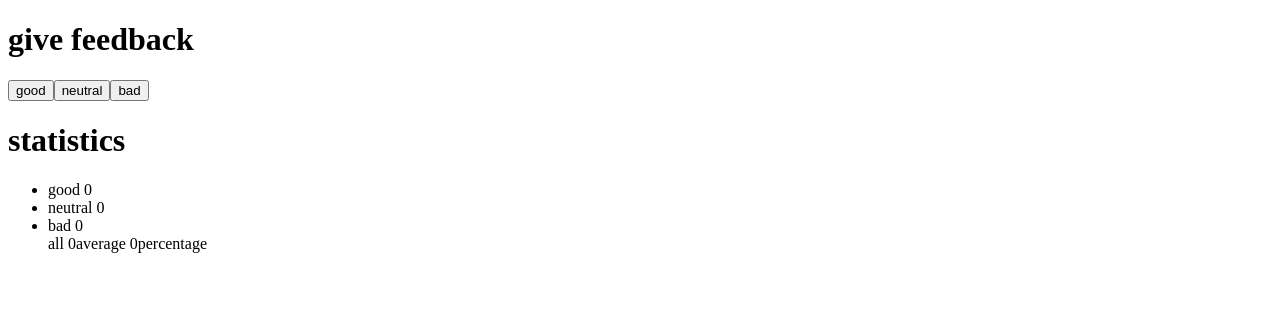
Repository: mariocapitbrok/helsinki-fullstack
Page: / (app in part1/unicafe/)
The author's editor kept a copy of each file at every save. The page is drawn from the files as they stood at one save, then again after the next save.
The browser window is 1280 px wide. The pictures show the whole page.
The project was rebuilt for these pictures with package versions that can differ from the ones it lists, and the page was loaded fresh each time.

Above is the page before, as saved 2022-01-09 07:22:11.

### part1/unicafe/src/App.js
import React, { useState } from 'react'

const Button = ({ onClick, text }) => <button onClick={onClick}>{text}</button>

const List = ({ title, value }) => (
  <li>
    {title} {value}
  </li>
)

const App = () => {
  const [good, setGood] = useState(0)
  const [neutral, setNeutral] = useState(0)
  const [bad, setBad] = useState(0)
  const [total, setTotal] = useState(0)
  const [average, setAverage] = useState(0)

  const handleGood = () => {
    const newGood = good + 1
    const newTotal = newGood + neutral + bad
    const newAverage = newTotal / 3

    setGood(newGood)
    setTotal(newTotal)
    setAverage(newAverage)
  }

  const handleNeutral = () => {
    const newNeutral = neutral + 1
    const newTotal = good + newNeutral + bad
    const newAverage = newTotal / 3

    setNeutral(newNeutral)
    setTotal(newTotal)
    setAverage(newAverage)
  }

  const handleBad = () => {
    const newBad = bad + 1
    const newTotal = good + neutral + newBad
    const newAverage = newTotal / 3

    setBad(newBad)
    setTotal(newTotal)
    setAverage(newAverage)
  }

  return (
    <div>
      <h1>give feedback</h1>
      <Button onClick={handleGood} text="good" />
      <Button onClick={handleNeutral} text="neutral" />
      <Button onClick={handleBad} text="bad" />
      <h1>statistics</h1>
      <ul>
        <List title="good" value={good} />
        <List title="neutral" value={neutral} />
        <List title="bad" value={bad} />
        all {total}
        average {average}
        percentage {}
      </ul>
    </div>
  )
}

export default App

Loaded but not shown: part1/unicafe/public/index.html (common file); part1/unicafe/src/index.js (common file)

After the next save:
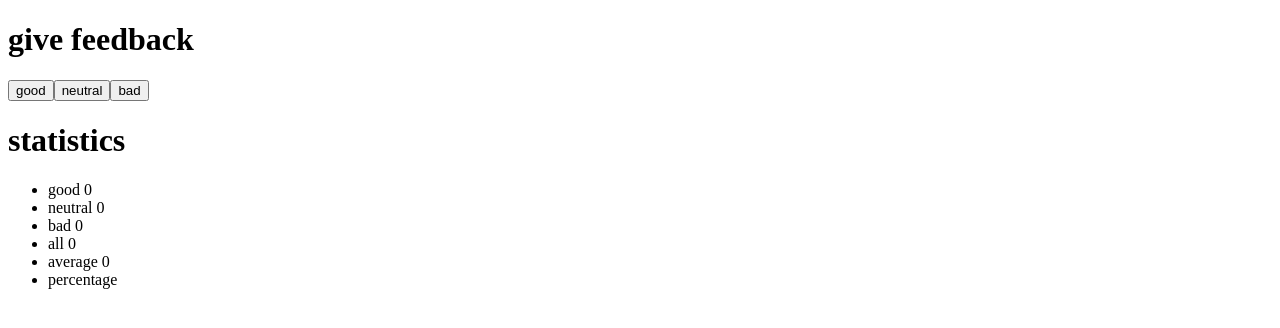
Saved 26 s later.
--- a/part1/unicafe/src/App.js
+++ b/part1/unicafe/src/App.js
@@ -56,9 +56,9 @@ const App = () => {
         <List title="good" value={good} />
         <List title="neutral" value={neutral} />
         <List title="bad" value={bad} />
-        all {total}
-        average {average}
-        percentage {}
+        <li>all {total}</li>
+        <li>average {average}</li>
+        <li>percentage {}</li>
       </ul>
     </div>
   )
